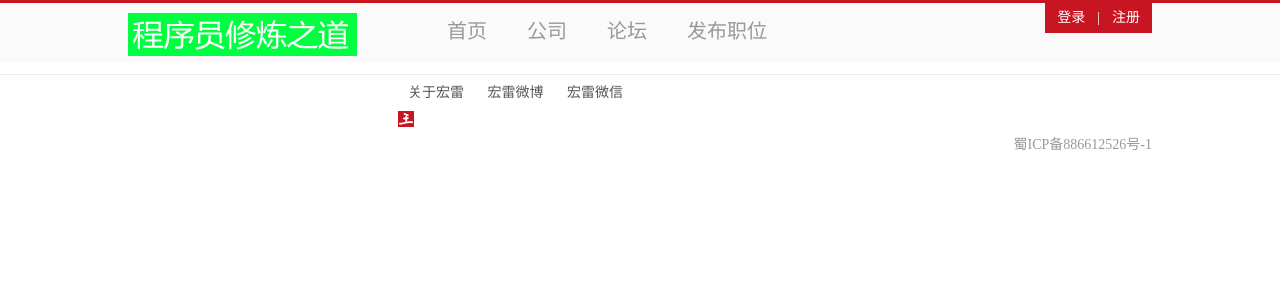
Repository: honglei92/javaweb_EE
Page: apple/WebContent/index.html
The author's editor kept a copy of each file at every save. The page is drawn from the files as they stood at one save, then again after the next save.
The browser window is 1280 px wide. The pictures show the whole page.

Above is the page before, as saved 2013-09-02 07:58:51.

### apple/WebContent/index.html
<!DOCTYPE html PUBLIC "-//W3C//DTD HTML 4.01 Transitional//EN" "http://www.w3.org/TR/html4/loose.dtd">
<html xmlns:wb=“http://open.weibo.com/wb”>
<head>
<link rel="Shortcut Icon" href="images/whlicon.png">
<link rel="stylesheet" type="text/css" href="css/style.css">
<meta http-equiv="Content-Type" content="text/html; charset=UTF-8">
<title>&nbsp;王宏雷&nbsp;-&nbsp;致力成为注重实效的程序员</title>
<script src="http://tjs.sjs.sinajs.cn/open/api/js/wb.js"
	type="text/javascript" charset="utf-8"></script>
</head>
<body>
	<div id="body">
		<div id="header">
			<div class="wrapper">
				<a href="/" class="logo"> <img src="images/logo.png" width="229"
					height="43" alt="基础  投入  激情  耐心">
				</a>

				<ul class="reset" id="navheader">
					<li class="current"><a href="/">首页</a></li>
					<li><a href="/c/companylist.html">公司</a></li>
					<li><a href="/forum/list.html">论坛</a></li>
					<li><a href="/jobs/add.html">发布职位</a></li>
				</ul>

				<ul class="loginTop">
					<li><a href="/login.html" rel="nofollow">登录</a></li>
					<li>|</li>
					<li><a href="/register.html" rel="nofollow">注册</a></li>
				</ul>

				<wb:follow-button uid="1801806580" type="red_1" width="67"
					height="24" id="wbfocus"></wb:follow-button>
				<script type="text/javascript">

				</script>
			</div>
		</div>

		<div id="container"></div>
		<div id="footer">
			<div class="wrapper">
				<a href="/about.html" target="_blank" rel="nofollow">关于宏雷</a>
				<a href="http://weibo.com/youchuxi" target="_blank" rel="nofollow">宏雷微博</a>
				<a class="footer_qr" href="javascript:void(0)" rel="nofollow">宏雷微信
				<div class="box"><img src="images/whlicon.png"></div>
				</a>
				<div class="copyright">蜀ICP备886612526号-1</div>
			</div>
		</div>
	</div>
</body>
</html>

### apple/WebContent/css/style.css
@charset="utf-8";
html,body{
	height:100%;
}

#body{
	min-height: 100%;
	height: auto !important;
	height: 100%;
	margin: 0 0 -37px;
}

body{
	margin: 0;
	padding: 0;
	font: 14px/22px "微软雅黑","宋体","Arail";
	color: #333;
}

#header{
	height: 60px;
	background:#fafafa;
	border-top:3px solid #C81522;
}

#header .wrapper{
	width: 1024px;
	margin: 0 auto;
	position:relative;
	z-index: 10;
}

.logo{
	float: left;
	margin:10px 0 0 0 ;
}

#navheader{
	float: left;
	position: relative;
	margin-left: 30px;
	font-size:0;
}

#navheader li{
	height: 60px;
	display: inline-block;
	*dispaly:inline;
	*zoom:1;
	position: relative;
	z-index: 3;
	margin: 0;
	padding: 0 20px;
}

#navheader li.current{
	z-index:1;
}

#navheader li a{
	height: 57px;
	line-height: 57px;
	font-size: 20px;
	color:#999;
	float: left;
}

#navheader li.current.a{
	color:#333;
	border-bottom: 3px solid #019875;
}

#navheader li a:HOVER {
	color: #333;
}

#header ul.loginTop{
	margin: 0;
	padding: 0;
	list-style: none;
	position: absolute;
	right: 0;
	top: 0;
	overflow: hidden;
}

#header ul.loginTop li{
	float: left;
	color: #fff;
	height: 22px;
	background: #C81522;
	padding: 4px 0;
}

#header ul.loginTop a{
	color: #fff;
	padding: 0 12px;
}

#header ul.loginTop a:HOVER {
	color: #cceae3;
}

#wbfocus{
	float: right;
	margin: 5px 120px 0 0;
	height: 24px;
}

a{
	color: #555;
	text-decoration: none;
	cursor: pointer;
}

a:HOVER {
	color: #019875;
}

#footer{
	clear: both;
	height: 36px;
	border-top: 1px solid #ebebeb;
	line-height: 36px;
}

#footer .wrapper{
	width: 754px;
	margin: 0 auto;
	padding-left: 270px;
}

#footer a{
	padding: 0 10px;
	color: #555;
}

.footer_qr{
	position: relative;
}

.footer_qr i{
	display: none;
	border:3px solid #0D9572;
	background: url(../images/whlicon.png) no-repeat;
	width: 16px;
	height: 16px;
	position: absolute;
	bottom: 20px;
	left: 0px;
	z-index: 100;
}

#footer .copyright{
	color: #999;
	float: right;
	*margin-top:-36px;
}

After the next save:
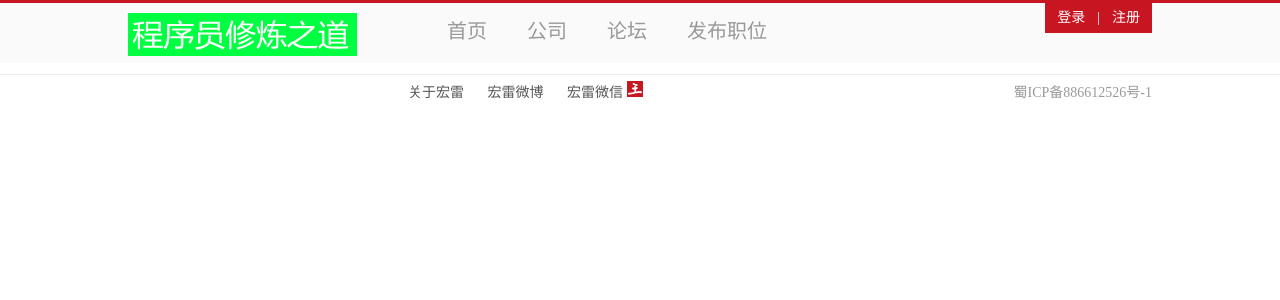
Saved 38 s later.
--- a/apple/WebContent/index.html
+++ b/apple/WebContent/index.html
@@ -43,7 +43,7 @@
 				<a href="/about.html" target="_blank" rel="nofollow">关于宏雷</a>
 				<a href="http://weibo.com/youchuxi" target="_blank" rel="nofollow">宏雷微博</a>
 				<a class="footer_qr" href="javascript:void(0)" rel="nofollow">宏雷微信
-				<div class="box"><img src="images/whlicon.png"></div>
+				<img src="images/whlicon.png">
 				</a>
 				<div class="copyright">蜀ICP备886612526号-1</div>
 			</div>
